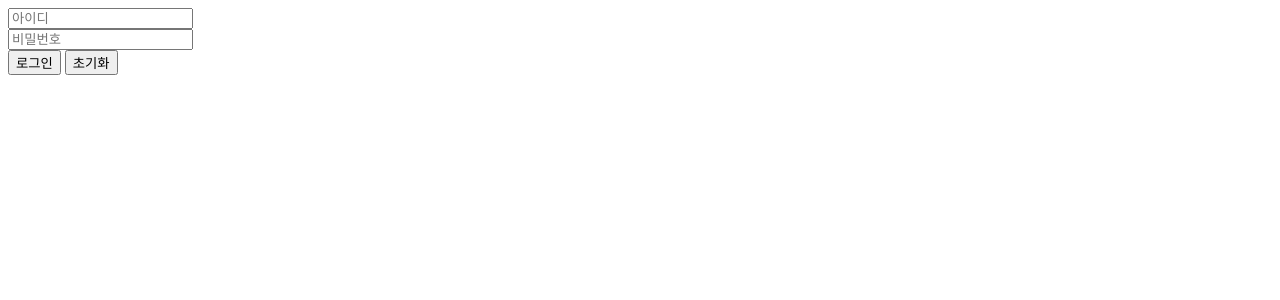
Repository: Yingjae/jsp_practice
Page: http://localhost/JSPBasic/JspObject/1.requests/req_login_form.jsp
The author's editor kept a copy of each file at every save. The page is drawn from the files as they stood at one save, then again after the next save.
The browser window is 1280 px wide. The pictures show the whole page.
The page is served by Tomcat 9.

Above is the page before, as saved 2022-02-04 01:30:10.

### JSPBasic/src/main/webapp/JspObject/1.requests/req_login_form.jsp
<%@ page language="java" contentType="text/html; charset=UTF-8"
    pageEncoding="UTF-8"%>
<!DOCTYPE html>
<html>
<head>
<meta charset="UTF-8">
<title>Insert title here</title>
</head>
<body>
	<form action="req_login_result.jsp" method="get">
		<input type="text" name="id" placeholder="아이디" /><br/>
		<input type="password" name="pw" placeholder="비밀번호" /><br/>
		<input type="submit" value="로그인" />
		<input type="reset" value="초기화" />
	</form>
</body>
</html>

After the next save:
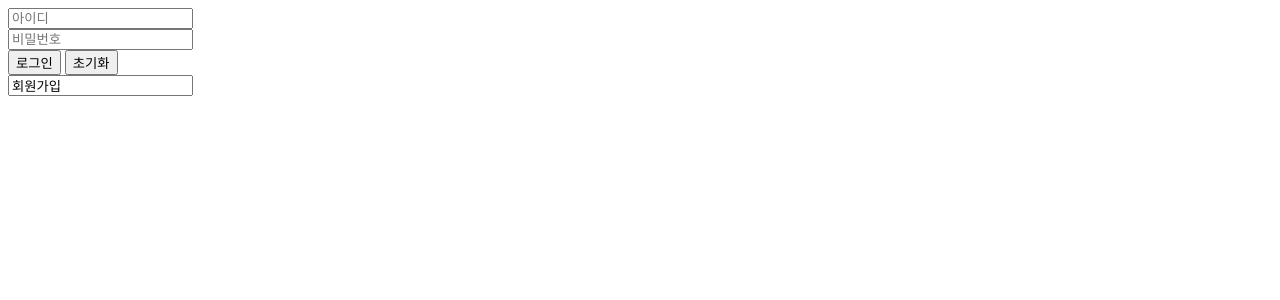
Saved 80 s later.
--- a/JSPBasic/src/main/webapp/JspObject/1.requests/req_login_form.jsp
+++ b/JSPBasic/src/main/webapp/JspObject/1.requests/req_login_form.jsp
@@ -11,7 +11,8 @@
 		<input type="text" name="id" placeholder="아이디" /><br/>
 		<input type="password" name="pw" placeholder="비밀번호" /><br/>
 		<input type="submit" value="로그인" />
-		<input type="reset" value="초기화" />
+		<input type="reset" value="초기화" /><br/>
+		<input type="url" value="회원가입" />
 	</form>
 </body>
 </html>
